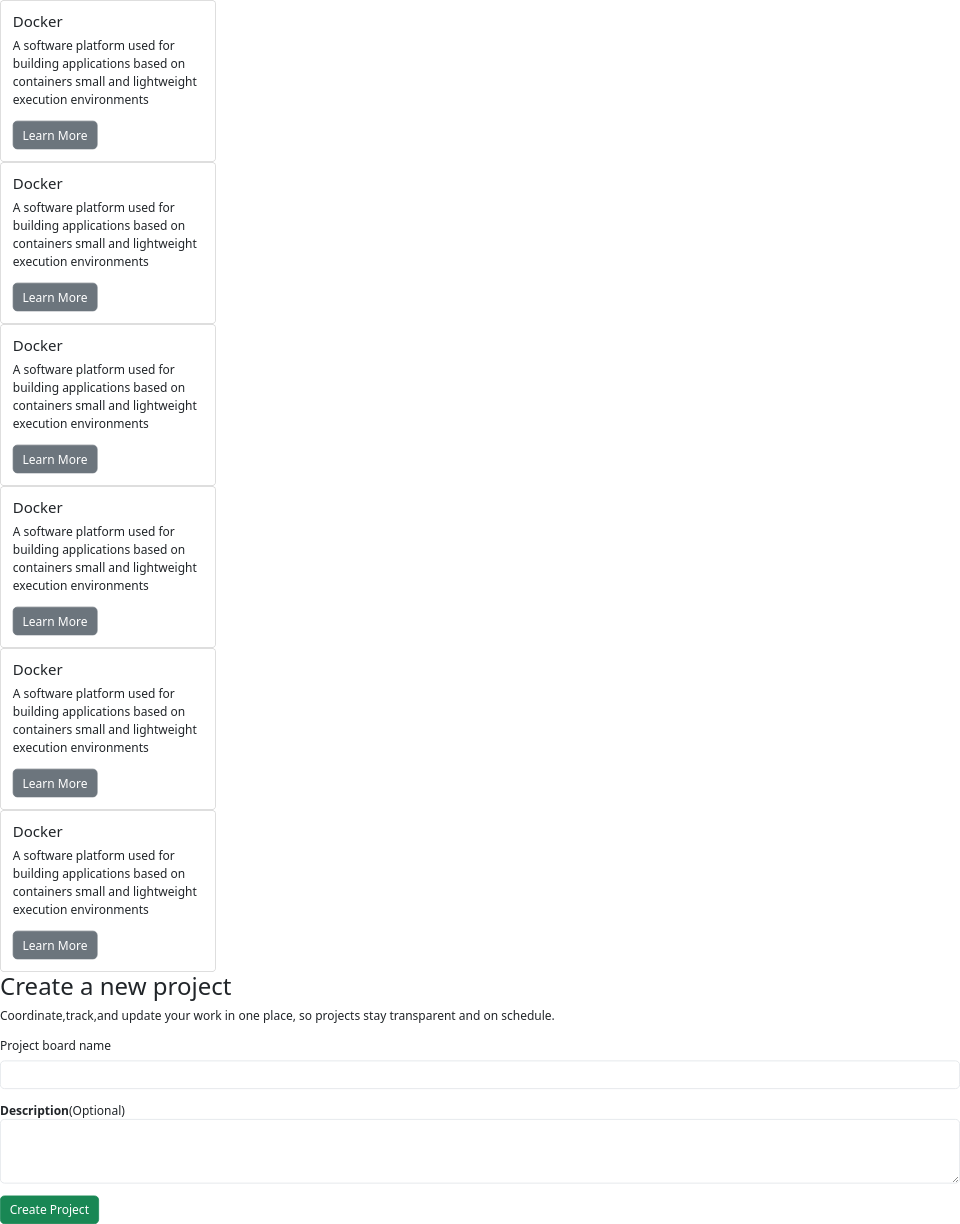
Repository: NSS-Evening-25-Cohort/e25-gitsub-control-alt-defeat
Page: index.html
An editor plug-in stored every save of this project. The page is shown before and after the next save, followed by the edit.
The browser window is 1280 px wide. The pictures show the whole page, at 75% of full size.

Above is the page before, as saved 2023-11-07 19:25:42.

After the next save:
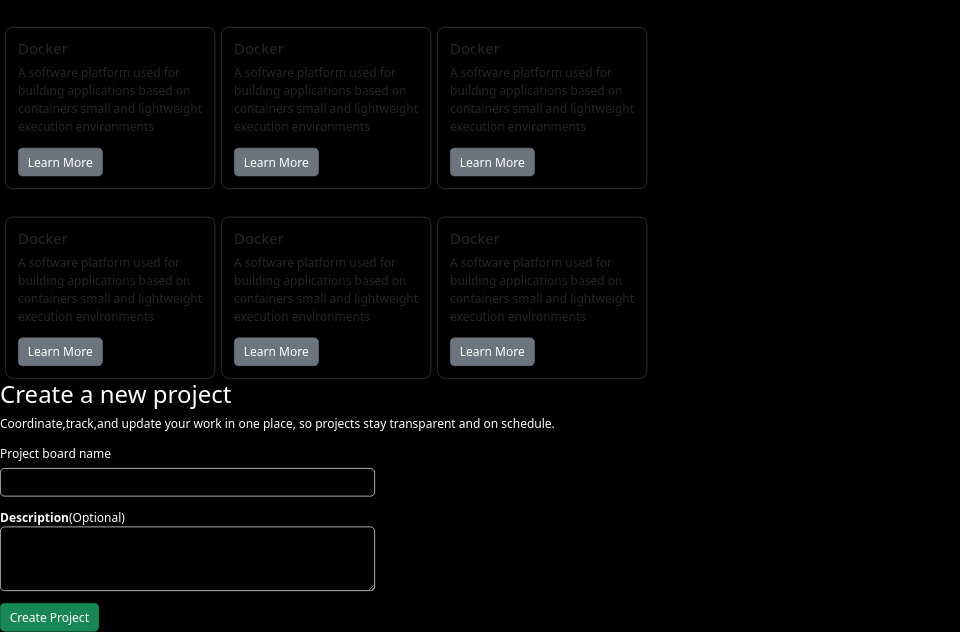
Saved 56 s later.
--- a/main.css
+++ b/main.css
@@ -1,68 +1,34 @@
-/* body {
+body {
   background-color: black;
-  display: flex;
-  flex-direction: column;
 }
 
-.headerPlacement {
+#app1{
+  flex-wrap: wrap;
   display: flex;
-  justify-content: end;
+  width: 900px;
 }
 
-header {
-  margin: 3%;
-  height: 3rem;
-  width: 65%;
-  justify-content: left;
-  display: flex;
-  gap: 5%;
-  background-color: blue;
+.mb-3{
+  width:500px;
+  color: white;
 }
 
-#sidebar {
-  background-color: blueviolet;
-  float: left;
-  margin-right: 8%;
-  width: 175px;
+.packageHeader{
+  color:white;
 }
 
-.appContainer {
-  display: flex;
-  justify-content: center;
-  margin: 3%;
+.card-body{
+  border: solid rgb(58, 58, 65) 1px;
+  border-radius: 10px;
+  background-color:black;
 }
 
-#app1 {
-  background-color: aqua;
-  height: 250px;
-  width: 400px;
+.card{
+  background-color:black;
+  padding-left: 6px;
+  padding-top: 35px;
 }
 
-#app2 {
-  margin-top: 5%;
-  background-color: blue;
-  height: 250px;
+.form-control{
+  background-color:transparent;
 }
-
-.footer {
-  background-color: aquamarine;
-  display: flex;
-  justify-content: center;
-  gap: 10%;
-}   */
-
-.footer img {
-  width: 10px;
-  height: 10px;
-  border-radius: 10px;
-  margin-right: 10px;
-}
-#app2 {
-  display: flex;
-  flex-wrap: wrap;
-}
-.footer {
-  display:flex;
-  flex-wrap: wrap;
-  gap:10px;
-}
